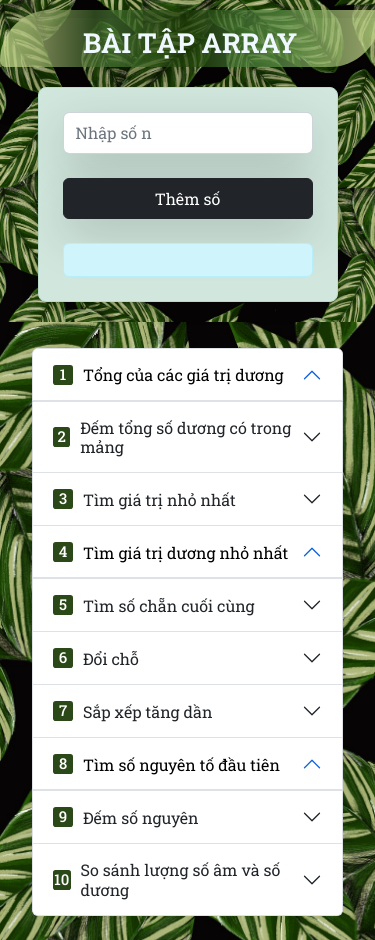
Repository: hcozyph/TranHuuPhuoc_BC43_BT_JS_Buoi7_8_ARRAY
Page: index.html
An editor plug-in stored every save of this project. The page is shown before and after the next save, followed by the edit.
The browser window is 375 px wide. The pictures show the whole page.
Backgrounds fixed to the window are drawn as part of the page.

Above is the page before, as saved 2023-02-26 14:08:13.

After the next save:
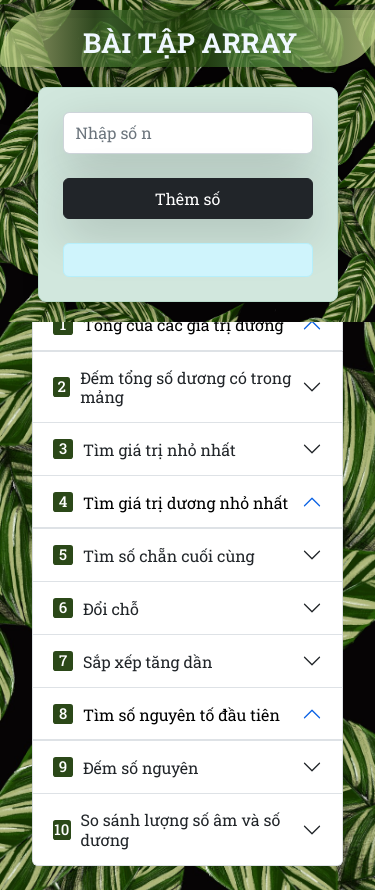
Saved 24 s later.
--- a/css/index.css
+++ b/css/index.css
@@ -107,7 +107,7 @@
         padding-top: 350px;
     }
     .accordion {
-        padding-top: 300px;
+        padding-top: 250px;
     }
 }
 

After the save that followed:
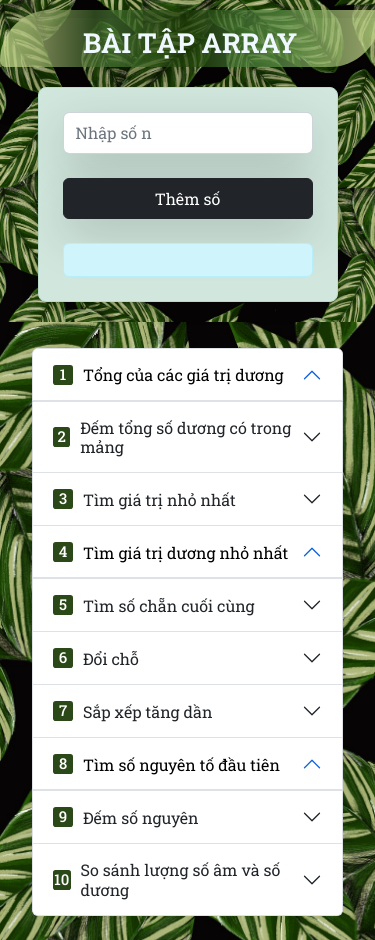
Saved 16 s later.
--- a/css/index.css
+++ b/css/index.css
@@ -104,10 +104,10 @@
     }
 
     .bt-array-content {
-        padding-top: 350px;
+        padding-top: 320px;
     }
     .accordion {
-        padding-top: 250px;
+        padding-top: 300px;
     }
 }
 
